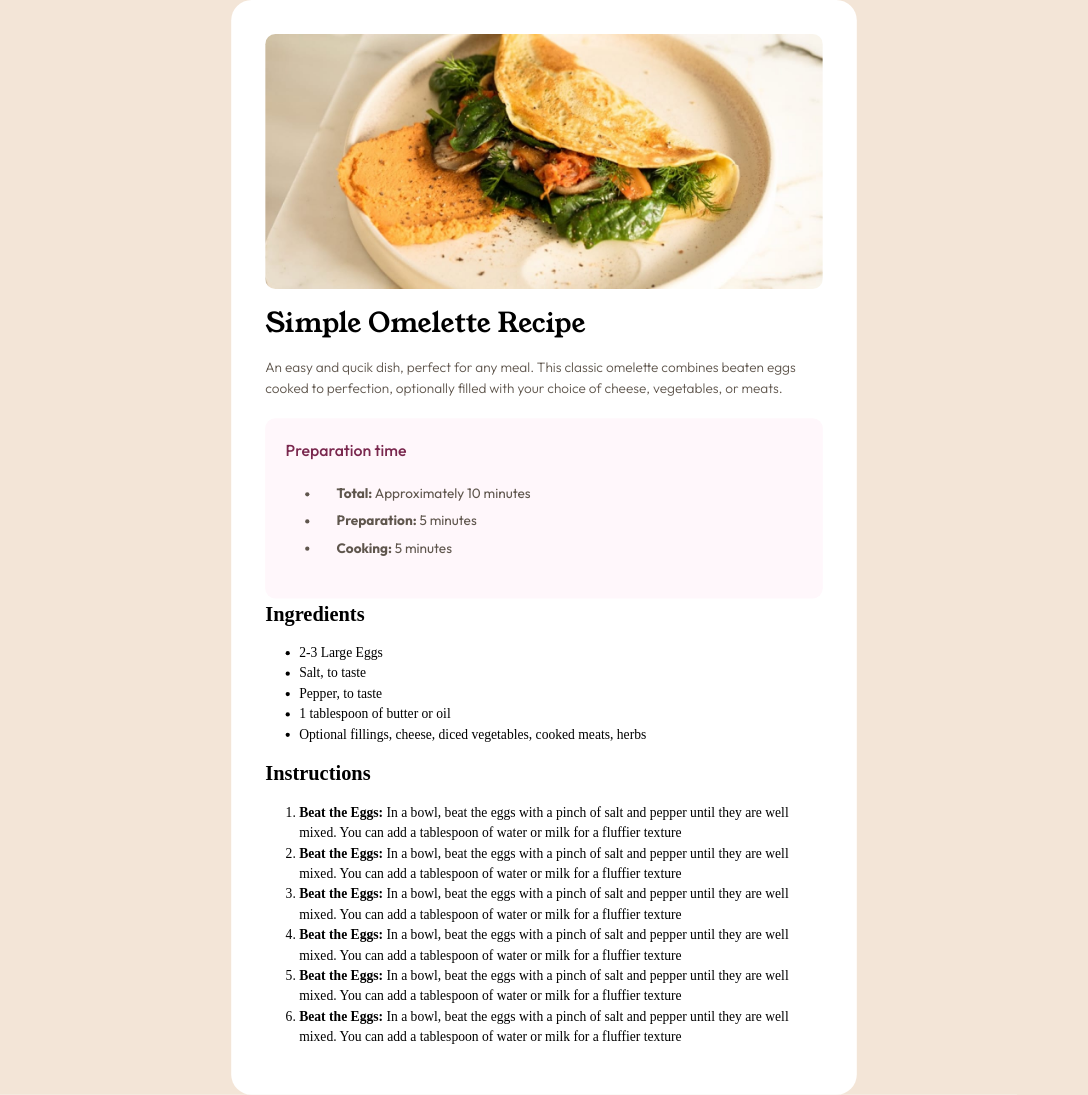
Repository: brandontaylor1/recipe-page
Page: index.html
An editor plug-in stored every save of this project. The page is shown before and after the next save, followed by the edit.
The browser window is 1280 px wide. The pictures show the whole page, at 85% of full size.

Above is the page before, as saved 2025-01-07 22:22:49.

### index.html
<!DOCTYPE html>
<html lang="en">
<head>
    <meta charset="UTF-8">
    <meta name="viewport" content="width=device-width, initial-scale=1.0">
    <link rel="preconnect" href="https://fonts.googleapis.com">
    <link rel="preconnect" href="https://fonts.gstatic.com" crossorigin>
    <link href="https://fonts.googleapis.com/css2?family=Outfit:wght@100..900&family=Young+Serif&display=swap" rel="stylesheet">
    <link rel="stylesheet" href="styles.css">
    <title>Recipe Page</title>
</head>
<body>
    <main class="container">
        <div class="recipe-card">
            <div class="recipe-title-content">
                <img src="./assets/images/image-omelette.jpeg" alt="recipe-image">
                <h1>Simple Omelette Recipe</h1>
                <p>An easy and qucik dish, perfect for any meal. This classic omelette combines beaten eggs cooked to perfection, optionally filled with your choice of cheese, vegetables, or meats. </p>
            </div>
            <div class="preparation-container">
                <h3>Preparation time</h3>
                <ul class="preparation-time">
                    <li><strong>Total:</strong> Approximately 10 minutes</li>
                    <li><strong>Preparation:</strong> 5 minutes</li>
                    <li><strong>Cooking:</strong> 5 minutes</li>
                </ul>
            </div>
            <div class="ingredients-container">
                <h2>Ingredients</h2>
                <ul class="ingredients-list">
                    <li>2-3 Large Eggs</li>
                    <li>Salt, to taste</li>
                    <li>Pepper, to taste</li>
                    <li>1 tablespoon of butter or oil</li>
                    <li>Optional fillings, cheese, diced vegetables, cooked meats, herbs</li>
                </ul>
            </div>
            <div class="instructions-container">
                <h2>Instructions</h2>
                <ol class="instructions-list">
                    <li><strong>Beat the Eggs: </strong> In a bowl, beat the eggs with a pinch of salt and pepper until they are well mixed. You can add a tablespoon of water or milk for a fluffier texture</li>
                    <li><strong>Beat the Eggs: </strong> In a bowl, beat the eggs with a pinch of salt and pepper until they are well mixed. You can add a tablespoon of water or milk for a fluffier texture</li>
                    <li><strong>Beat the Eggs: </strong> In a bowl, beat the eggs with a pinch of salt and pepper until they are well mixed. You can add a tablespoon of water or milk for a fluffier texture</li>
                    <li><strong>Beat the Eggs: </strong> In a bowl, beat the eggs with a pinch of salt and pepper until they are well mixed. You can add a tablespoon of water or milk for a fluffier texture</li>
                    <li><strong>Beat the Eggs: </strong> In a bowl, beat the eggs with a pinch of salt and pepper until they are well mixed. You can add a tablespoon of water or milk for a fluffier texture</li>
                    <li><strong>Beat the Eggs: </strong> In a bowl, beat the eggs with a pinch of salt and pepper until they are well mixed. You can add a tablespoon of water or milk for a fluffier texture</li>

            </div>
            <div class="nutrition-container">

            </div>
        </div>


    </main>



    <script src="index.js"></script>
</body>
</html>

### styles.css
*,
*::before,
*::after {
    box-sizing: border-box;
}

body,
h1,
h2,
h3,
h4,
h5,
h6,
p,
figure,
picture {
    margin: 0;
}

body {
    line-height: 1.5;
    min-height: 100vh;
}

img,
picture {
    max-width: 100%;
    display: block;
}

input,
button,
textarea,
select {
    font: inherit;
}

@media (prefers-reduced-motion: reduce) {
    *,
    *::before,
    *::after {
      animation-duration: 0.01ms !important;
      animation-iteration-count: 1 !important;
      transition-duration: 0.01ms !important;
      scroll-behavior: auto !important;
    }
  }

  /* UTILITY CLASSES */
  /* .flex{
    display: flex;
    gap: var(--gap, 1rem);
  }

  .grid {
    display: grid;
    gap: var(--gap, 1rem);
  }

  .container {
    padding: 0 2rem;
    margin: 0 auto;
    max-width: 80rem;
  }

  .sr-only {
    position: absolute;
    width: 1px;
    height: 1px;
    padding: 0;
    margin: -1px;
    overflow: hidden;
    clip: rect(0, 0, 0, 0);
    white-space: nowrap;
    border-width: 0;
  }

  .backgroundColor {
    background-color: var(--color-rose-50);
  } */




:root {
    /* COLORS */
    --color-rose-800: #7A284E;
    --color-rose-50: #FFF7FB;

    --color-stone-900: #312E2C;
    --color-stone-600: #5F564D;
    --color-stone-150: #E3DDD7;
    --color-stone-100: #F3E5D7;

    --color-brown-800: #854632;

    --color-white: #FFFFFF;
    --color-black: #000000;

    /* FONTS */
    /* @font-face {
        font-family: "YoungSerif-Regular", sans-serif;
        src: url(./fonts/YoungSerif-Regular.ttf) format('ttf');
    }

    @font-face {
        font-family: "Outfit-SemiBold", sans-serif;
        src: url(./fonts/Outfit-SemiBold.ttf) format('ttf');
    }

    @font-face {
        font-family: "Outfit-Bold", sans-serif;
        src: url(./fonts/Outfit-Bold.ttf) format('ttf');
    }

    @font-face {
        font-family: "Outfit-Regular", sans-serif;
        src: url(./fonts/Outfit-Regular.ttf) format('ttf');
    } */

    /* FONT SIZES */
    /* --fs-h1: 9.375rem;
    --fs-h2: 1.75rem;
    --fs-h3: 1.25rem;
    --fs-p: 1rem; */

}

.container {
    display: flex;
    flex-direction: column;
    align-items: center;
    justify-content: center;
    padding: 0 2rem;
    margin: 0 auto;
    max-width: 80rem;
    background-color: var(--color-stone-100);

}

.recipe-card {
    display: flex;
    flex-direction: column;
    align-items: flex-start;
    justify-content: space-between;
    width: 736px;
    padding: 40px;
    background-color: var(--color-white);
    border-radius: 24px;

}

.recipe-card img {
    width: 100%;
    border-radius: 12px;
}

.recipe-card h1 {
    padding: 1rem 0;
    font-family: "Young Serif", sans-serif;
    font-weight: 200;
}

.recipe-title-content p {
    color: var(--color-stone-600);
    font-family: "Outfit", sans-serif;
    font-size: 16px;
    font-weight: 300;
    line-height: 24px;
}

.preparation-container {
    display: flex;
    flex-direction: column;
    align-items: flex-start;
    width: 100%;
    margin-top: 24px;
    padding: 24px;
    border-radius: 12px;;
    background-color: var(--color-rose-50);
}

.preparation-container h3 {
    font-family: "Outfit", sans-serif;
    font-weight: 500;
    color: var(--color-rose-800);
}

.preparation-container p {
    font-family: "Outfit", sans-serif;
}

.preparation-time li {
    font-family: "Outfit", sans-serif;
    color: var(--color-stone-600);
    font-size: 16px;
    font-weight: 400;
    line-height: 24px;
    margin: 8px 0;
    padding-left: 20px;
}

.preparation-time li strong {
    font-family: "Outfit", sans-serif;
    font-weight: 700;
    font-size: 16px;
    color: var(--color-stone-600);
    line-height: 24px;
}

Loaded but not shown: index.js (common file)

After the next save:
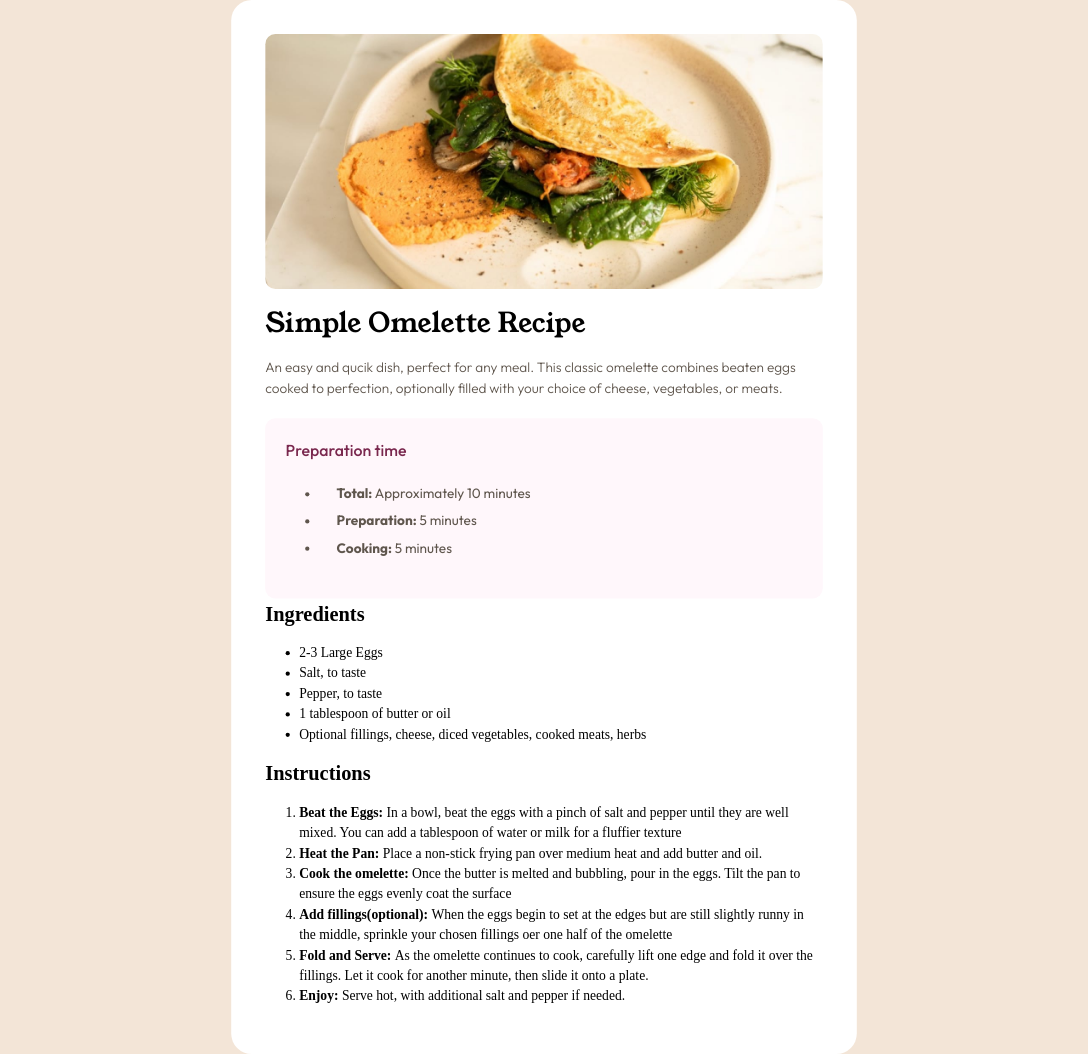
Saved 5 min 53 s later.
--- a/index.html
+++ b/index.html
@@ -39,11 +39,11 @@
                 <h2>Instructions</h2>
                 <ol class="instructions-list">
                     <li><strong>Beat the Eggs: </strong> In a bowl, beat the eggs with a pinch of salt and pepper until they are well mixed. You can add a tablespoon of water or milk for a fluffier texture</li>
-                    <li><strong>Beat the Eggs: </strong> In a bowl, beat the eggs with a pinch of salt and pepper until they are well mixed. You can add a tablespoon of water or milk for a fluffier texture</li>
-                    <li><strong>Beat the Eggs: </strong> In a bowl, beat the eggs with a pinch of salt and pepper until they are well mixed. You can add a tablespoon of water or milk for a fluffier texture</li>
-                    <li><strong>Beat the Eggs: </strong> In a bowl, beat the eggs with a pinch of salt and pepper until they are well mixed. You can add a tablespoon of water or milk for a fluffier texture</li>
-                    <li><strong>Beat the Eggs: </strong> In a bowl, beat the eggs with a pinch of salt and pepper until they are well mixed. You can add a tablespoon of water or milk for a fluffier texture</li>
-                    <li><strong>Beat the Eggs: </strong> In a bowl, beat the eggs with a pinch of salt and pepper until they are well mixed. You can add a tablespoon of water or milk for a fluffier texture</li>
+                    <li><strong>Heat the Pan: </strong> Place a non-stick frying pan over medium heat and add butter and oil.</li>
+                    <li><strong>Cook the omelette: </strong> Once the butter is melted and bubbling, pour in the eggs. Tilt the pan to ensure the eggs evenly coat the surface</li>
+                    <li><strong>Add fillings(optional): </strong> When the eggs begin to set at the edges but are still slightly runny in the middle, sprinkle your chosen fillings oer one half of the omelette</li>
+                    <li><strong>Fold and Serve: </strong> As the omelette continues to cook, carefully lift one edge and fold it over the fillings. Let it cook for another minute, then slide it onto a plate.</li>
+                    <li><strong>Enjoy: </strong> Serve hot, with additional salt and pepper if needed.</li>
 
             </div>
             <div class="nutrition-container">
